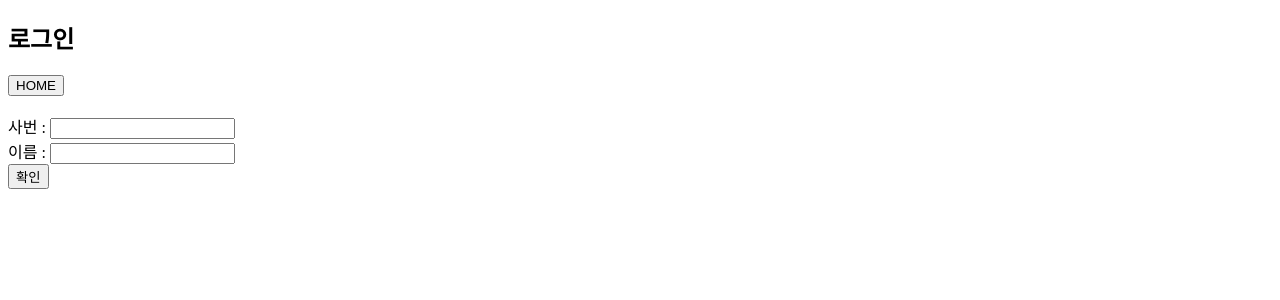
Repository: offbr/Spring
Page: http://localhost/spring_mvc19_json_ex/login.jsp
An editor plug-in stored every save of this project. The page is shown before and after the next save, followed by the edit.
The browser window is 1280 px wide. The pictures show the whole page.
The page is served by Tomcat 9. Nobody is signed in. The application's start-up code is not run. Other server files are loaded and not shown.

Above is the page before, as saved 2016-10-16 02:57:10.

### spring_mvc19_json_ex/src/main/webapp/login.jsp
<%@ page language="java" contentType="text/html; charset=UTF-8"
    pageEncoding="UTF-8"%>
<!DOCTYPE html>
<html>
<head>
<meta http-equiv="Content-Type" content="text/html; charset=UTF-8">
<title>Insert title here</title>
</head>
<body>
<h2>로그인</h2>
<a href="index.jsp"><button>HOME</button></a><br><br>
<form action="login" method="post">
사번 : <input type="text" name="sawon_no"><br>
이름 : <input type="text" name="sawon_name"><br>
<input type="submit" value="확인">
</form>
</body>
</html>

After the next save:
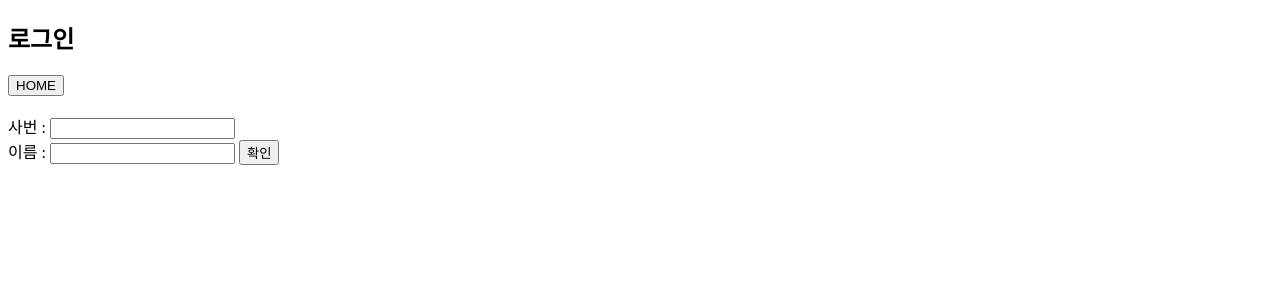
Saved 46 s later.
--- a/spring_mvc19_json_ex/src/main/webapp/login.jsp
+++ b/spring_mvc19_json_ex/src/main/webapp/login.jsp
@@ -11,7 +11,7 @@
 <a href="index.jsp"><button>HOME</button></a><br><br>
 <form action="login" method="post">
 사번 : <input type="text" name="sawon_no"><br>
-이름 : <input type="text" name="sawon_name"><br>
+이름 : <input type="text" name="sawon_name">
 <input type="submit" value="확인">
 </form>
 </body>
